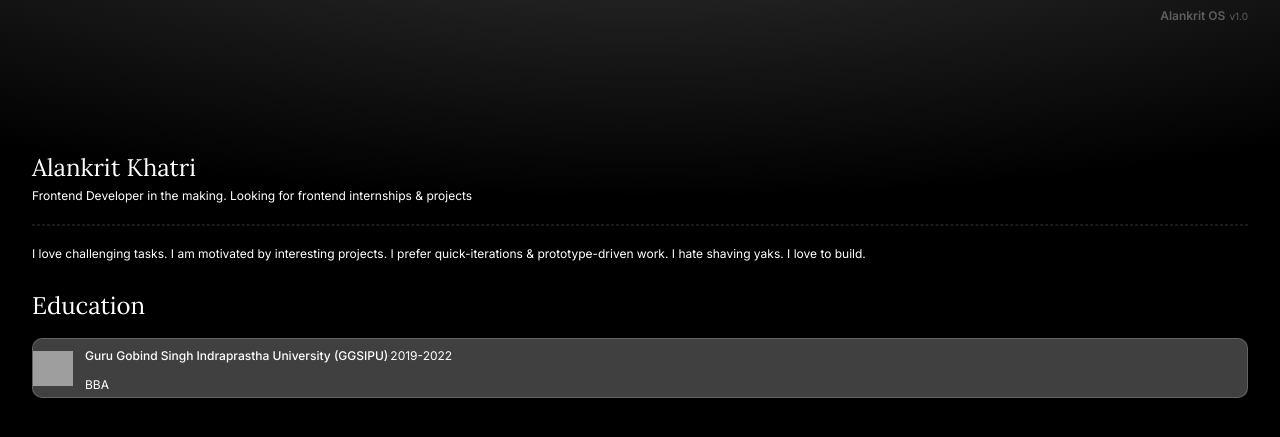
Repository: alankritkhatri/alankrit.xyz
Page: /
The author's editor kept a copy of each file at every save. The page is drawn from the files as they stood at one save, then again after a run of saves.
The browser window is 1280 px wide. The pictures show the whole page.
Pictures or frames that could not be fetched are drawn as grey boxes. The project was rebuilt for these pictures with package versions that can differ from the ones it lists, and the page was loaded fresh each time. Also part of the build but not shown: vite.config.js, src/blog.jsx.

Above is the page before, as saved 2024-08-11 21:25:17.

After the next 2 saves:
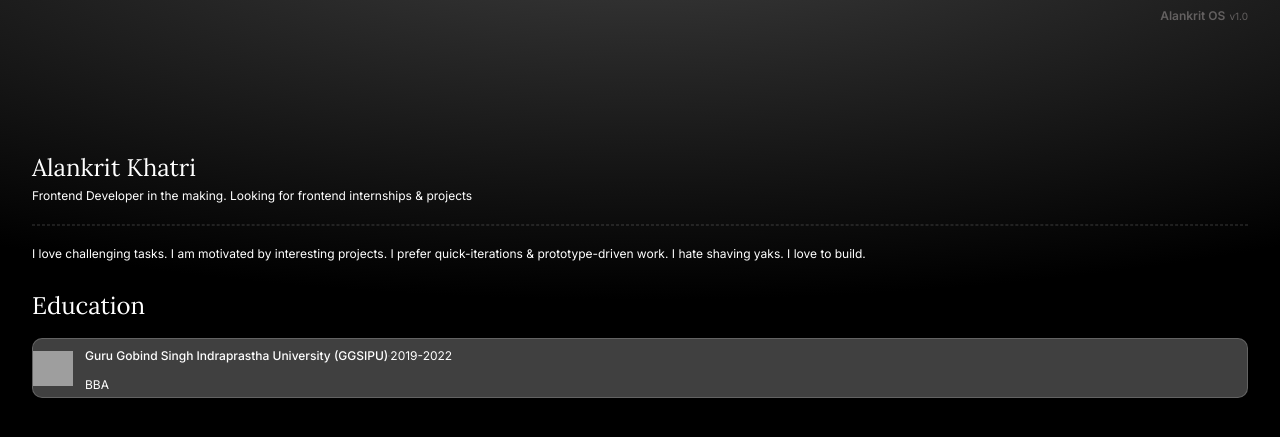
The 2 saves are shown as one change because they came seconds apart.
The last was saved 6 s later.
--- a/src/App.css
+++ b/src/App.css
@@ -7,7 +7,7 @@
 
 body,html{
   min-height: 100vh;
-background: radial-gradient(100% 400px at 50% -200px, #404040, #000000)
+background: radial-gradient(100% 400px at 50% -100px, #404040, #000000)
 }
 .main {
   h1 {
